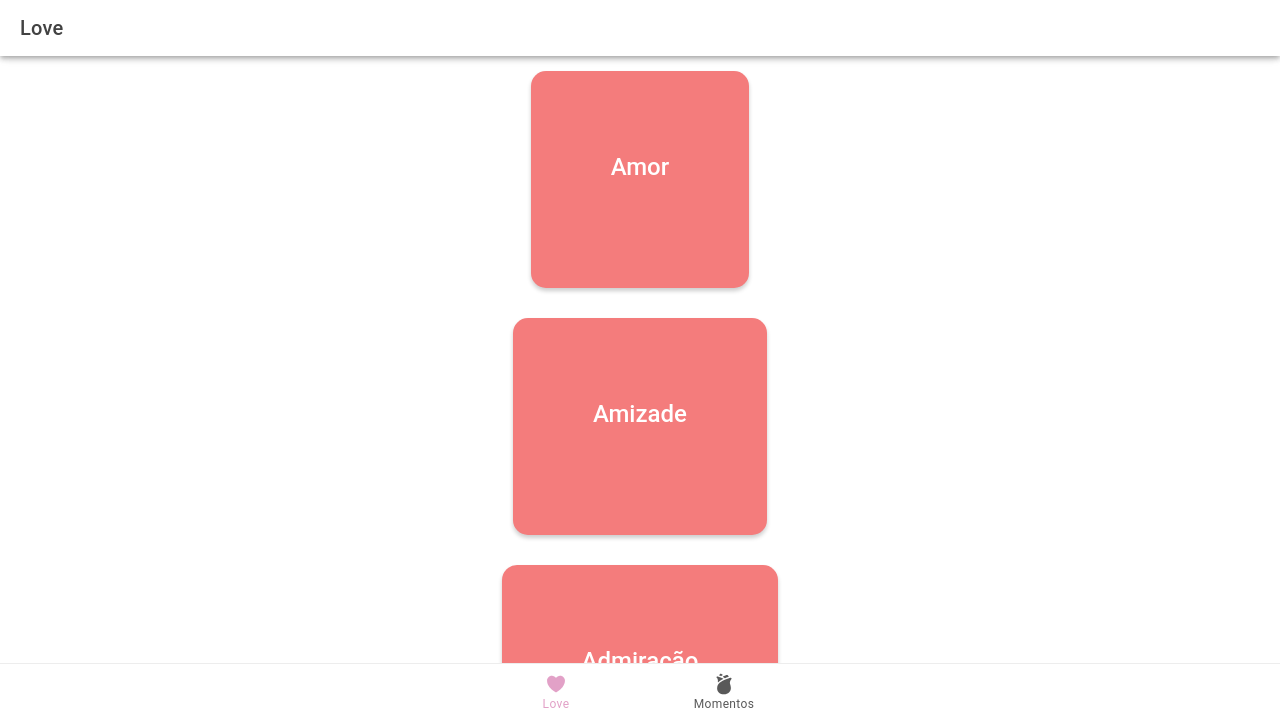
Repository: mateus-henrique-silva/lorrayne-app
Page: /
These files come from the project's save history. The page is drawn as it stood at one moment and after the next save; the edit follows.
The browser window is 1280 px wide. The pictures show the whole page.
The project was rebuilt for these pictures with package versions that can differ from the ones it lists, and the page was loaded fresh each time. Also part of the build but not shown: src/pages/Tab2.tsx, src/components/ExploreContainer.css, src/components/ExploreContainer.tsx, src/pages/Tab3.tsx.

Above is the page before, as saved 2022-07-05 14:39:37.

### src/App.tsx
import { Redirect, Route } from 'react-router-dom';
import {
  IonApp,
  IonIcon,
  IonLabel,
  IonRouterOutlet,
  IonTabBar,
  IonTabButton,
  IonTabs,
  setupIonicReact
} from '@ionic/react';
import { IonReactRouter } from '@ionic/react-router';
import { ellipse, heart, rose, square, star, triangle } from 'ionicons/icons';
import Tab1 from './pages/Tab1';
import Tab2 from './pages/Tab2';
import Tab3 from './pages/Tab3';

/* Core CSS required for Ionic components to work properly */
import '@ionic/react/css/core.css';

/* Basic CSS for apps built with Ionic */
import '@ionic/react/css/normalize.css';
import '@ionic/react/css/structure.css';
import '@ionic/react/css/typography.css';

/* Optional CSS utils that can be commented out */
import '@ionic/react/css/padding.css';
import '@ionic/react/css/float-elements.css';
import '@ionic/react/css/text-alignment.css';
import '@ionic/react/css/text-transformation.css';
import '@ionic/react/css/flex-utils.css';
import '@ionic/react/css/display.css';

/* Theme variables */
import './theme/variables.css';

setupIonicReact();

const App: React.FC = () => (
  <IonApp>
    <IonReactRouter>
      <IonTabs>
        <IonRouterOutlet>
          <Route exact path="/tab1">
            <Tab1 />
          </Route>
          <Route exact path="/tab2">
            <Tab2 />
          </Route>
          <Route path="/tab3">
            <Tab3 />
          </Route>
          <Route exact path="/">
            <Redirect to="/tab1" />
          </Route>
        </IonRouterOutlet>
        <IonTabBar slot="bottom">
          <IonTabButton tab="tab1" href="/tab1">
            <IonIcon icon={heart} />
            <IonLabel>Love</IonLabel>
          </IonTabButton>
          <IonTabButton tab="tab2" href="/tab2">
            <IonIcon icon={rose} />
            <IonLabel>Momentos</IonLabel>
          </IonTabButton>
          {/* <IonTabButton tab="tab3" href="/tab3">
            <IonIcon icon={star} />
            <IonLabel>Momentos</IonLabel>
          </IonTabButton> */}
        </IonTabBar>
      </IonTabs>
    </IonReactRouter>
  </IonApp>
);

export default App;

### src/pages/Tab1.tsx
import {
  IonContent,
  IonHeader,
  IonPage,
  IonTitle,
  IonToolbar,
} from "@ionic/react";
import Msg from "../components/boxMsg";
import "./Tab1.css";
import Box from "../components/BoxComponents";

const Tab1: React.FC = () => {
  return (
    <IonPage>
      <IonHeader>
        <IonToolbar>
          <IonTitle>Love</IonTitle>
        </IonToolbar>
      </IonHeader>
      <IonContent fullscreen>
        <IonHeader collapse="condense">
          <IonToolbar>
            <IonTitle size="large">Love</IonTitle>
          </IonToolbar>
        </IonHeader>

        <Box paragraph="É essa vontade incontrolável de passar todos os dias ao seu lado. Fazer de tudo para te tirar um sorriso bobo. O amor é simples e sincero. Te amo vida!" text="Amor" fontSize="20px" colorText="#ffff" color="#F47C7C" />

        <Box paragraph="É essa parceria que temos desde o dia que nos conhcemos. Saber que posso contar com você nos momentos mais dificeis" text="Amizade" fontSize="20px" colorText="#ffff" color="#F47C7C" />
        <Box paragraph="É a honra de estar ao lado de uma mulher guerreira, determinada, sonhadora. Que me motiva a crecer e amadurecer todos os dias para ser o melhor para você "
          text="Admiração"
          fontSize="20px"
          colorText="#ffff"
          color="#F47C7C"
        />
        <Box paragraph="É o que eu sinto das conquistas. É do seu futuro que será brilhante. Acredito em você e nos seus sonhos" text="Orgulho" fontSize="20px" colorText="#ffff" color="#F47C7C" />
        <Box paragraph="É o que eu tenho todos os dias. Agradeço a Deus por ter colocado a mulher mais incrivel do mundo na minha vida."
          text="Gratidão"
          fontSize="20px"
          colorText="#ffff"
          color="#F47C7C"
        />
        <Box paragraph="É o que somos. Mesmo não vivendo juntos ainda eu sei que somos uma familia, pois familia é que esta ao nosso lado nos bons e mals momento, e como eu sempre disse somos nos 2 contra o mundo!!"text="Familia" fontSize="20px" colorText="#ffff" color="#F47C7C" />
      </IonContent>
    </IonPage>
  );
};

export default Tab1;

### src/theme/variables.css
/* Ionic Variables and Theming. For more info, please see:
http://ionicframework.com/docs/theming/ */

/** Ionic CSS Variables **/
:root {
  /** primary **/
  --ion-color-primary: #e2a1c7;
  --ion-color-primary-rgb: 226, 161, 199;
  --ion-color-primary-contrast: #000000;
  --ion-color-primary-contrast-rgb: 0, 0, 0;
  --ion-color-primary-shade: #c78eaf;
  --ion-color-primary-tint: #e5aacd;

  /** secondary **/
  --ion-color-secondary: #3dc2ff;
  --ion-color-secondary-rgb: 61, 194, 255;
  --ion-color-secondary-contrast: #ffffff;
  --ion-color-secondary-contrast-rgb: 255, 255, 255;
  --ion-color-secondary-shade: #36abe0;
  --ion-color-secondary-tint: #50c8ff;

  /** tertiary **/
  --ion-color-tertiary: #5260ff;
  --ion-color-tertiary-rgb: 82, 96, 255;
  --ion-color-tertiary-contrast: #ffffff;
  --ion-color-tertiary-contrast-rgb: 255, 255, 255;
  --ion-color-tertiary-shade: #4854e0;
  --ion-color-tertiary-tint: #6370ff;

  /** success **/
  --ion-color-success: #2dd36f;
  --ion-color-success-rgb: 45, 211, 111;
  --ion-color-success-contrast: #ffffff;
  --ion-color-success-contrast-rgb: 255, 255, 255;
  --ion-color-success-shade: #28ba62;
  --ion-color-success-tint: #42d77d;

  /** warning **/
  --ion-color-warning: #ffc409;
  --ion-color-warning-rgb: 255, 196, 9;
  --ion-color-warning-contrast: #000000;
  --ion-color-warning-contrast-rgb: 0, 0, 0;
  --ion-color-warning-shade: #e0ac08;
  --ion-color-warning-tint: #ffca22;

  /** danger **/
  --ion-color-danger: #eb445a;
  --ion-color-danger-rgb: 235, 68, 90;
  --ion-color-danger-contrast: #ffffff;
  --ion-color-danger-contrast-rgb: 255, 255, 255;
  --ion-color-danger-shade: #cf3c4f;
  --ion-color-danger-tint: #ed576b;

  /** dark **/
  --ion-color-dark: #222428;
  --ion-color-dark-rgb: 34, 36, 40;
  --ion-color-dark-contrast: #ffffff;
  --ion-color-dark-contrast-rgb: 255, 255, 255;
  --ion-color-dark-shade: #1e2023;
  --ion-color-dark-tint: #383a3e;

  /** medium **/
  --ion-color-medium: #92949c;
  --ion-color-medium-rgb: 146, 148, 156;
  --ion-color-medium-contrast: #ffffff;
  --ion-color-medium-contrast-rgb: 255, 255, 255;
  --ion-color-medium-shade: #808289;
  --ion-color-medium-tint: #9d9fa6;

  /** light **/
  --ion-color-light: #f4f5f8;
  --ion-color-light-rgb: 244, 245, 248;
  --ion-color-light-contrast: #000000;
  --ion-color-light-contrast-rgb: 0, 0, 0;
  --ion-color-light-shade: #d7d8da;
  --ion-color-light-tint: #f5f6f9;
}

@media (prefers-color-scheme: dark) {
  /*
   * Dark Colors
   * -------------------------------------------
   */

  body {
    --ion-color-primary: #e2a1c7;
    --ion-color-primary-rgb: 226, 161, 199;
    --ion-color-primary-contrast: #000000;
    --ion-color-primary-contrast-rgb: 0, 0, 0;
    --ion-color-primary-shade: #c78eaf;
    --ion-color-primary-tint: #e5aacd;

    --ion-color-secondary: #50c8ff;
    --ion-color-secondary-rgb: 80,200,255;
    --ion-color-secondary-contrast: #ffffff;
    --ion-color-secondary-contrast-rgb: 255,255,255;
    --ion-color-secondary-shade: #46b0e0;
    --ion-color-secondary-tint: #62ceff;

    --ion-color-tertiary: #6a64ff;
    --ion-color-tertiary-rgb: 106,100,255;
    --ion-color-tertiary-contrast: #ffffff;
    --ion-color-tertiary-contrast-rgb: 255,255,255;
    --ion-color-tertiary-shade: #5d58e0;
    --ion-color-tertiary-tint: #7974ff;

    --ion-color-success: #2fdf75;
    --ion-color-success-rgb: 47,223,117;
    --ion-color-success-contrast: #000000;
    --ion-color-success-contrast-rgb: 0,0,0;
    --ion-color-success-shade: #29c467;
    --ion-color-success-tint: #44e283;

    --ion-color-warning: #ffd534;
    --ion-color-warning-rgb: 255,213,52;
    --ion-color-warning-contrast: #000000;
    --ion-color-warning-contrast-rgb: 0,0,0;
    --ion-color-warning-shade: #e0bb2e;
    --ion-color-warning-tint: #ffd948;

    --ion-color-danger: #ff4961;
    --ion-color-danger-rgb: 255,73,97;
    --ion-color-danger-contrast: #ffffff;
    --ion-color-danger-contrast-rgb: 255,255,255;
    --ion-color-danger-shade: #e04055;
    --ion-color-danger-tint: #ff5b71;

    --ion-color-dark: #f4f5f8;
    --ion-color-dark-rgb: 244,245,248;
    --ion-color-dark-contrast: #000000;
    --ion-color-dark-contrast-rgb: 0,0,0;
    --ion-color-dark-shade: #d7d8da;
    --ion-color-dark-tint: #f5f6f9;

    --ion-color-medium: #989aa2;
    --ion-color-medium-rgb: 152,154,162;
    --ion-color-medium-contrast: #000000;
    --ion-color-medium-contrast-rgb: 0,0,0;
    --ion-color-medium-shade: #86888f;
    --ion-color-medium-tint: #a2a4ab;

    --ion-color-light: #222428;
    --ion-color-light-rgb: 34,36,40;
    --ion-color-light-contrast: #ffffff;
    --ion-color-light-contrast-rgb: 255,255,255;
    --ion-color-light-shade: #1e2023;
    --ion-color-light-tint: #383a3e;
  }

  /*
   * iOS Dark Theme
   * -------------------------------------------
   */

  .ios body {
    --ion-background-color: #000000;
    --ion-background-color-rgb: 0,0,0;

    --ion-text-color: #ffffff;
    --ion-text-color-rgb: 255,255,255;

    --ion-color-step-50: #0d0d0d;
    --ion-color-step-100: #1a1a1a;
    --ion-color-step-150: #262626;
    --ion-color-step-200: #333333;
    --ion-color-step-250: #404040;
    --ion-color-step-300: #4d4d4d;
    --ion-color-step-350: #595959;
    --ion-color-step-400: #666666;
    --ion-color-step-450: #737373;
    --ion-color-step-500: #808080;
    --ion-color-step-550: #8c8c8c;
    --ion-color-step-600: #999999;
    --ion-color-step-650: #a6a6a6;
    --ion-color-step-700: #b3b3b3;
    --ion-color-step-750: #bfbfbf;
    --ion-color-step-800: #cccccc;
    --ion-color-step-850: #d9d9d9;
    --ion-color-step-900: #e6e6e6;
    --ion-color-step-950: #f2f2f2;

    --ion-item-background: #000000;

    --ion-card-background: #1c1c1d;
  }

  .ios ion-modal {
    --ion-background-color: var(--ion-color-step-100);
    --ion-toolbar-background: var(--ion-color-step-150);
    --ion-toolbar-border-color: var(--ion-color-step-250);
  }


  /*
   * Material Design Dark Theme
   * -------------------------------------------
   */

  .md body {
    --ion-background-color: #121212;
    --ion-background-color-rgb: 18,18,18;

    --ion-text-color: #ffffff;
    --ion-text-color-rgb: 255,255,255;

    --ion-border-color: #222222;

    --ion-color-step-50: #1e1e1e;
    --ion-color-step-100: #2a2a2a;
    --ion-color-step-150: #363636;
    --ion-color-step-200: #414141;
    --ion-color-step-250: #4d4d4d;
    --ion-color-step-300: #595959;
    --ion-color-step-350: #656565;
    --ion-color-step-400: #717171;
    --ion-color-step-450: #7d7d7d;
    --ion-color-step-500: #898989;
    --ion-color-step-550: #949494;
    --ion-color-step-600: #a0a0a0;
    --ion-color-step-650: #acacac;
    --ion-color-step-700: #b8b8b8;
    --ion-color-step-750: #c4c4c4;
    --ion-color-step-800: #d0d0d0;
    --ion-color-step-850: #dbdbdb;
    --ion-color-step-900: #e7e7e7;
    --ion-color-step-950: #f3f3f3;

    --ion-item-background: #1e1e1e;

    --ion-toolbar-background: #1f1f1f;

    --ion-tab-bar-background: #1f1f1f;

    --ion-card-background: #1e1e1e;
  }
}

### src/components/BoxComponents.tsx
import React, { useState } from "react";
import { motion, AnimatePresence } from "framer-motion";
import "./BoxComponents.css";

interface TextBox {
  text: string;
  color: string;
  colorText: string;
  fontSize: string;
  paragraph: string;
}

const BoxComponents: React.FC<TextBox> = (props, { text }) => {
  const [isOpen, setIsOpen] = useState(false);
  const TextArray = [
    {
      id: 0,
      paragraph: "Mateus henrique lindo",
    },
    { id: 1, paragraph: "Mateus henrique lindo" },
  ];
  const colorBox = {
    backgroundColor: props.color,
    color: props.colorText,
    fontSize: props.fontSize,
  };
  return (
    <div className="Box">
      <div className="BoxSet">
        <motion.div transition={{layout: {duration:2, type:"spring"}}} onClick= {()=> setIsOpen(!isOpen)} className="BoxPrincipal" style={colorBox}>
        <motion.h2 layout="position">{props.text}</motion.h2>

          {isOpen &&(

          <motion.div initial={{opacity:0}} animate ={{opacity:1}} transition={{duration:1}} >
          {/* {
         TextArray.map((TextArray)  =>(
          <p key={TextArray.id}>{TextArray.paragraph}</p>
         )  )} */}
         <p>{props.paragraph}</p>
         </motion.div>)}

        </motion.div>
        {/* <motion.div className="BoxPrincipal" style={colorBox}>{props.text}</motion.div> */}
      </div>
    </div>
  );
};

export default BoxComponents;

### src/components/BoxComponents.css
.Box{
    display:grid;
    justify-content:space-around;
    overflow:hidden;

}
.BoxSet{

    width:100%;
    margin-bottom:15px;


}

.BoxPrincipal{
    padding: 4rem 5rem 6rem;
    display:block;

    margin-top:15px;
    border-radius:15px;
    justify-content:center;
    cursor: pointer;
    align-items:center;
    transition:1s;
    box-shadow: 0px 3px 4px rgba(0,0,0,0.2) ;
}
p{
    padding-top:1rem ;


}
h2{
    margin: 0;
    padding: 0;
}
@media(max-width:800px){
    .Box{
        display:grid;
        justify-content:space-around;

        width:100%;


    }
    .BoxSet{
        display:flex;
        width:100%;
        margin-bottom:15px;


    }


    .Box:last-child{
        margin-bottom:15px;
    }

}


@media(max-width:480px){

    .BoxSet{
        display:grid;
        width:100%
    }


}

Loaded but not shown: public/index.html (common file); src/index.tsx (common file); src/serviceWorkerRegistration.ts (common file); src/reportWebVitals.ts (common file); src/pages/Tab1.css (no stored copy; drawn as an empty file); src/pages/Tab2.css (no stored copy; drawn as an empty file); src/pages/Tab3.css (no stored copy; drawn as an empty file)

After the next save:
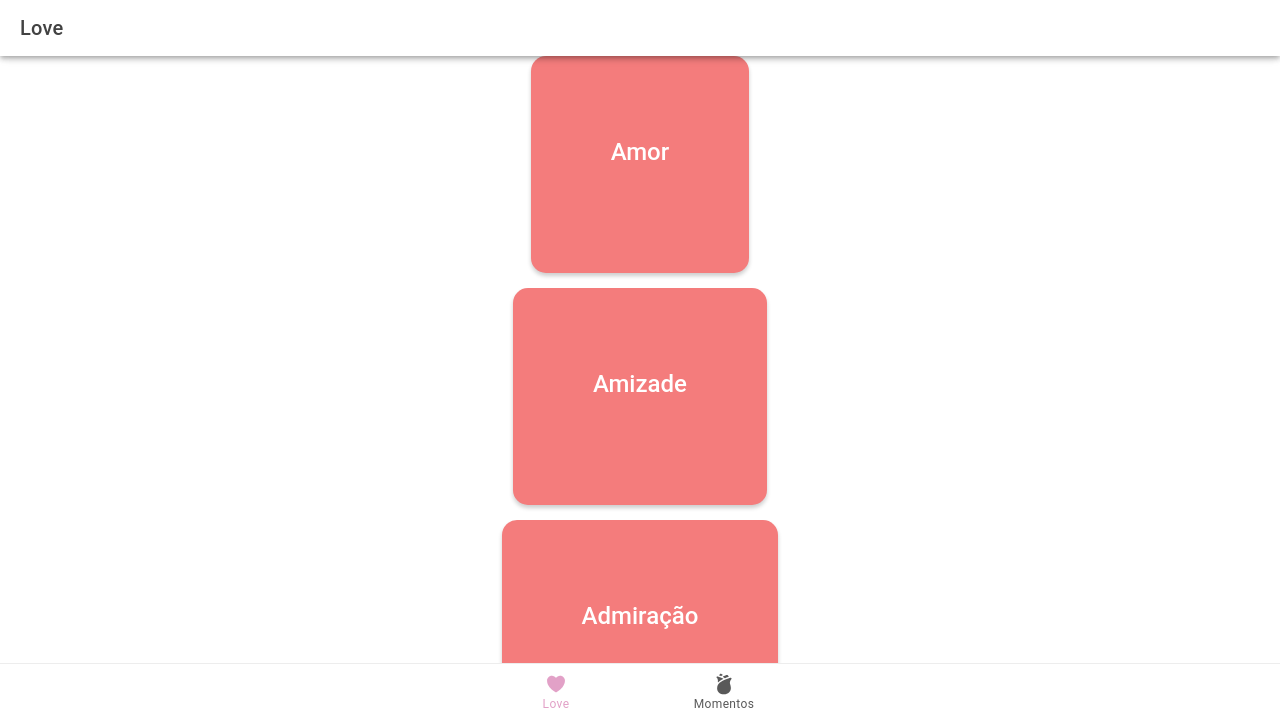
Saved 5 min 22 s later.
--- a/src/components/BoxComponents.css
+++ b/src/components/BoxComponents.css
@@ -15,7 +15,7 @@
 .BoxPrincipal{
     padding: 4rem 5rem 6rem;
     display:block;
-
+   min
     margin-top:15px;
     border-radius:15px;
     justify-content:center;
